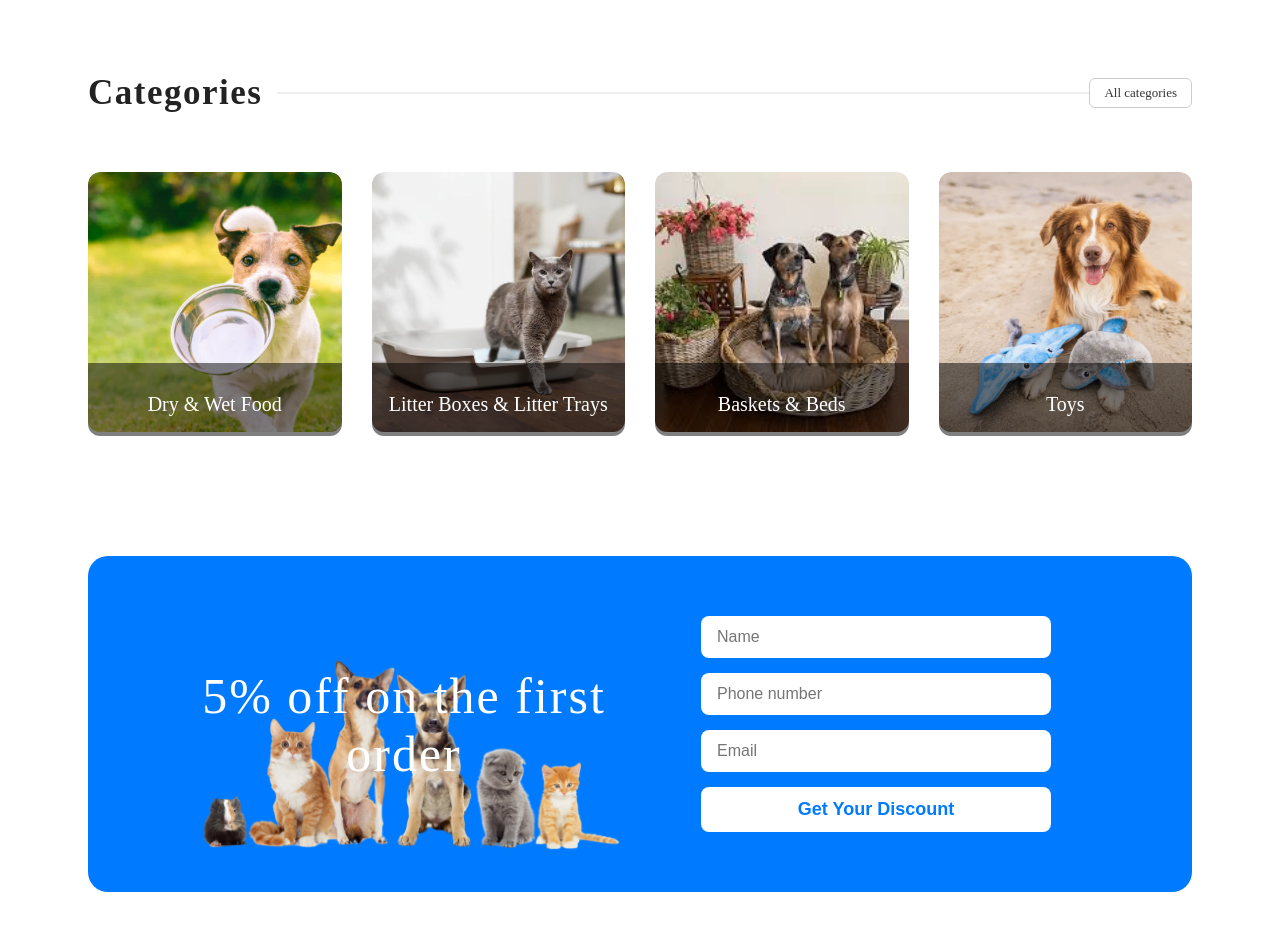
Repository: JuliiaJuliia/pet-shop-frontend
Page: / (app in pet-shop-frontend/)
The author's editor kept a copy of each file at every save. The page is drawn from the files as they stood at one save, then again after a run of saves.
The browser window is 1280 px wide. The pictures show the part of the page from y = 611 to 1563 px (the page is 1563 px tall).
The project was rebuilt for these pictures with package versions that can differ from the ones it lists, and the page was loaded fresh each time. Also part of the build but not shown: pet-shop-frontend/vite.config.js, pet-shop-frontend/src/pages/CheckoutPage.jsx, pet-shop-frontend/src/api/axios.js, pet-shop-frontend/src/components/ProductList.jsx.

Above is the page before, as saved 2025-11-06 14:46:38.

After the next 3 saves:
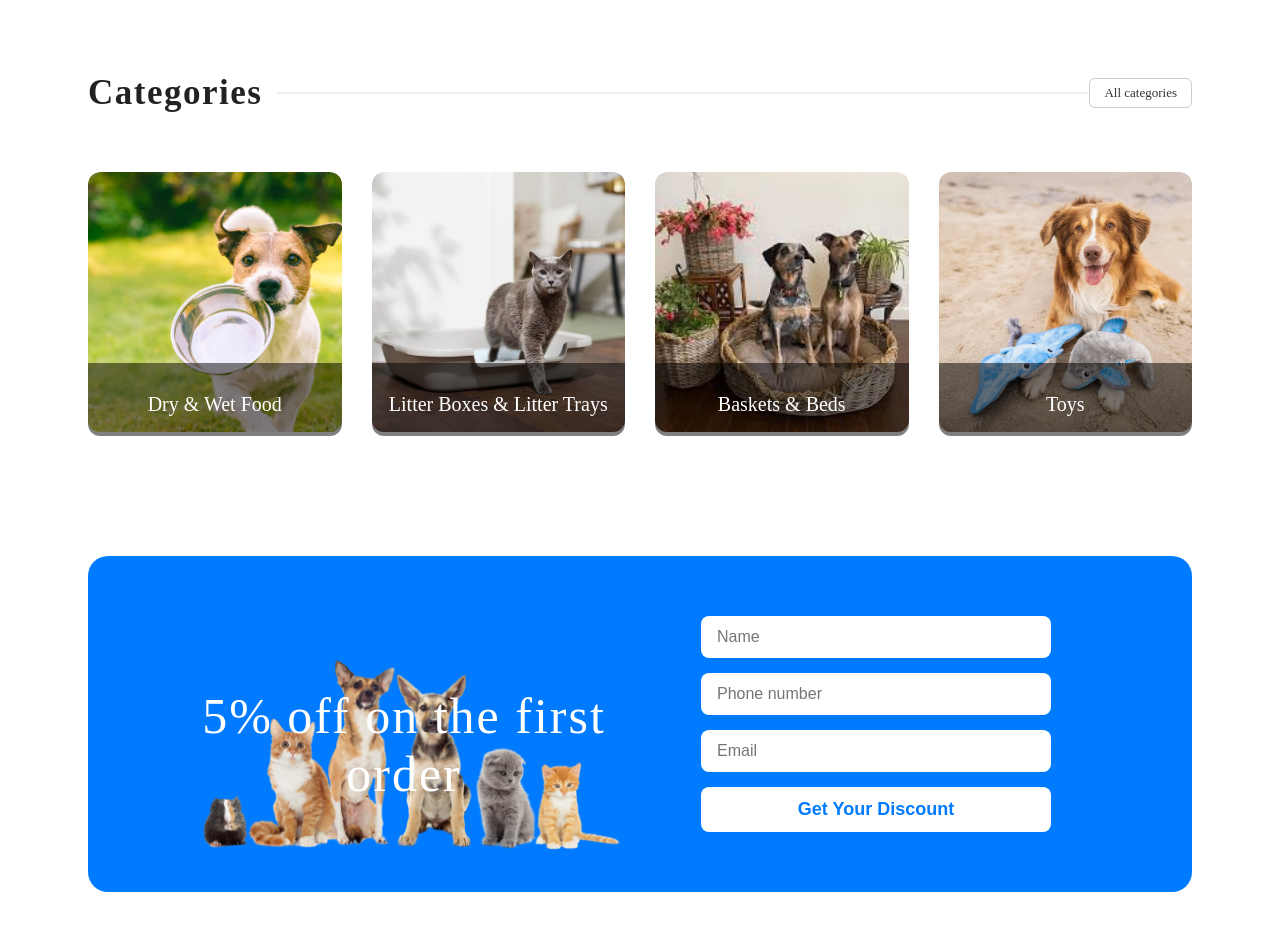
The 3 saves are shown as one change because they came seconds apart.
The last was saved 21 s later.
--- a/pet-shop-frontend/src/components/DiscountBanner.css
+++ b/pet-shop-frontend/src/components/DiscountBanner.css
@@ -35,7 +35,7 @@
     font-weight: 500;
     letter-spacing: 2px;
     text-align: center;
-    margin-bottom: 40px;
+    margin-bottom: 0px;
     position: relative;
     z-index: 2;
   }
